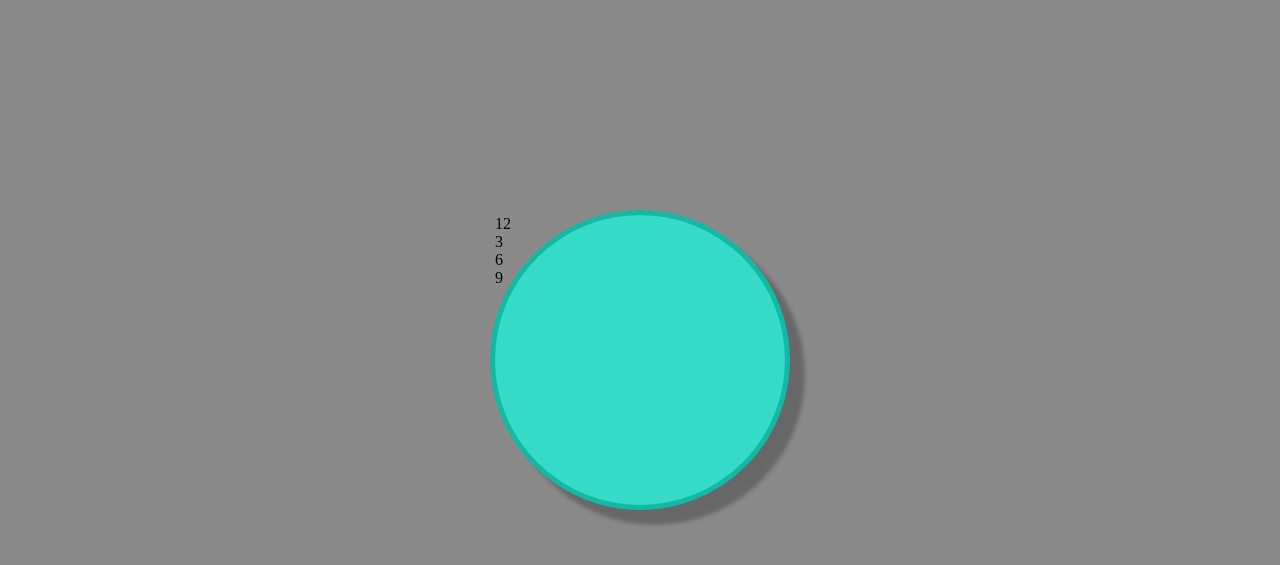
Repository: ChenWarren/web-clock
Page: index.html
These files come from the project's save history. The page is drawn as it stood at one moment and after the next save; the edit follows.
The browser window is 1280 px wide. The pictures show the whole page.

Above is the page before, as saved 2021-03-18 20:47:44.

### index.html
<!DOCTYPE html>
<html lang="en">
<head>
    <meta charset="UTF-8">
    <meta http-equiv="X-UA-Compatible" content="IE=edge">
    <meta name="viewport" content="width=device-width, initial-scale=1.0">
    <link rel="stylesheet" href="main.css">
    <title>Clock</title>
</head>
<body>
    <main class="clock">
        <div class="hour"></div>
        <div class="minute"></div>
        <div class="second"></div>

        <div class="number">
            <div class="num_1">12</div>
        </div>
        <div class="number">
            <div class="num_3">3</div>
        </div>
        <div class="number">
            <div class="num_1">6</div>
        </div>
        <div class="number">
            <div class="num_1">9</div>
        </div>

        <div class="dot"></div>
        <div class="dot"></div>
        <div class="dot"></div>
        <div class="dot"></div>
        <div class="dot"></div>
        <div class="dot"></div>
        <div class="dot"></div>
        <div class="dot"></div>
    </main>

    <script src="clock.js"></script>

</body>
</html>

### main.css
* {
    margin: 0;
    padding: 0;
    box-sizing: border-box;
}

body {
    background-color: rgb(138, 138, 138);
    display: flex;
    justify-content: center;
    align-items: center;
    width: 100vw;
    height: 100vh;
    overflow: hidden;
}

.clock {
    width: 300px;
    height: 300px;
    border-radius: 50%;
    background: #37DCC8;
    border: 5px solid #14B9A5;
    box-sizing: border-box;
    box-shadow: 15px 15px 4px rgba(0, 0, 0, 0.25);
}

Loaded but not shown: clock.js (no copy from this time; the picture is the same without it)

After the next save:
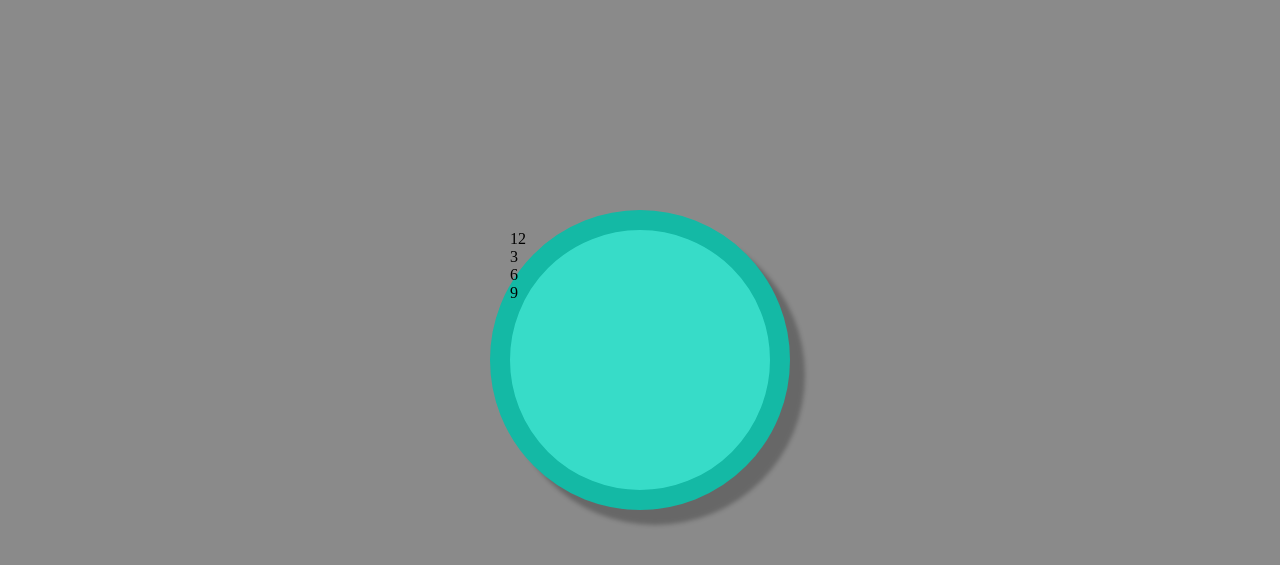
Saved 46 s later.
--- a/main.css
+++ b/main.css
@@ -19,7 +19,7 @@ body {
     height: 300px;
     border-radius: 50%;
     background: #37DCC8;
-    border: 5px solid #14B9A5;
+    border: 20px solid #14B9A5;
     box-sizing: border-box;
     box-shadow: 15px 15px 4px rgba(0, 0, 0, 0.25);
 }
